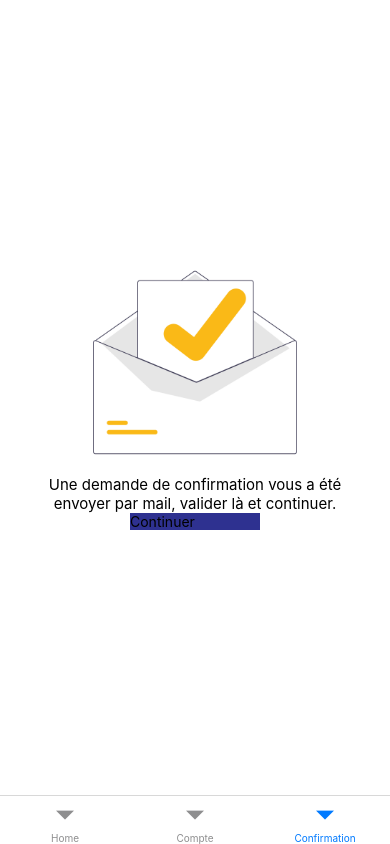
Repository: Norlan-20/Last-Afrilink
Screen: /Confirmation
An editor plug-in stored every save of this project. The screen is shown before and after the next save, followed by the edit.
The app was drawn by React Native's web renderer in a window 390 px wide. The project was rebuilt for these pictures with package versions that can differ from the ones it lists, and the page was loaded fresh each time. Also part of the build but not shown: screen/User.js.

Above is the screen before, as saved 2021-09-24 22:17:47.

After the next save:
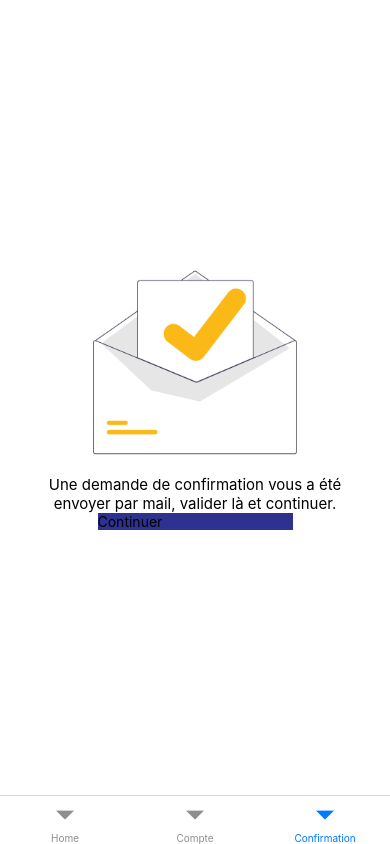
Saved 8 s later.
--- a/component/button.js
+++ b/component/button.js
@@ -7,7 +7,7 @@ const primary = '#2e3190';
 
 export const Continuer = () => {
     return(
-        <TouchableOpacity style={{ backgroundColor: primary, width: width / 3 }}>
+        <TouchableOpacity style={{ backgroundColor: primary, width: width / 2 }}>
             <Text>Continuer</Text>
         </TouchableOpacity>
     );
